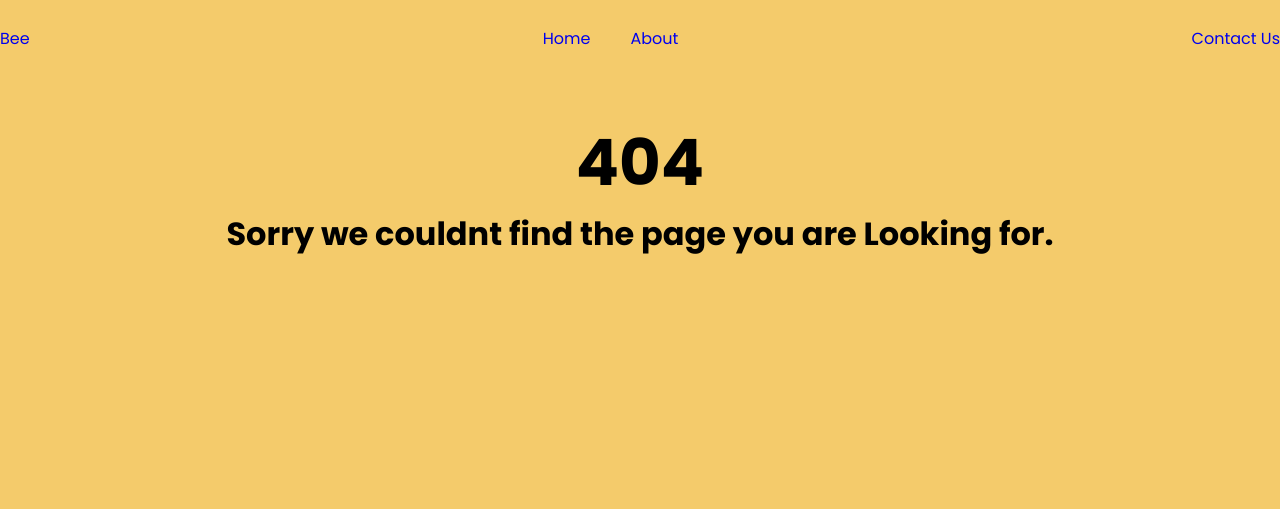
Repository: ble-syn/Random-user-generator-app
Page: /not-found
The author's editor kept a copy of each file at every save. The page is drawn from the files as they stood at one save, then again after the next save.
The browser window is 1280 px wide. The pictures show the whole page.
The project was rebuilt for these pictures with package versions that can differ from the ones it lists, and the page was loaded fresh each time. Also part of the build but not shown: src/components/pagination.jsx, src/components/ErrorFallback.jsx, src/components/User.jsx, src/pages/Home.jsx, src/pages/About.jsx, src/pages/Policy.jsx, src/pages/Terms.jsx, src/pages/Contact.jsx.

Above is the page before, as saved 2022-10-28 17:19:55.

After the next save:
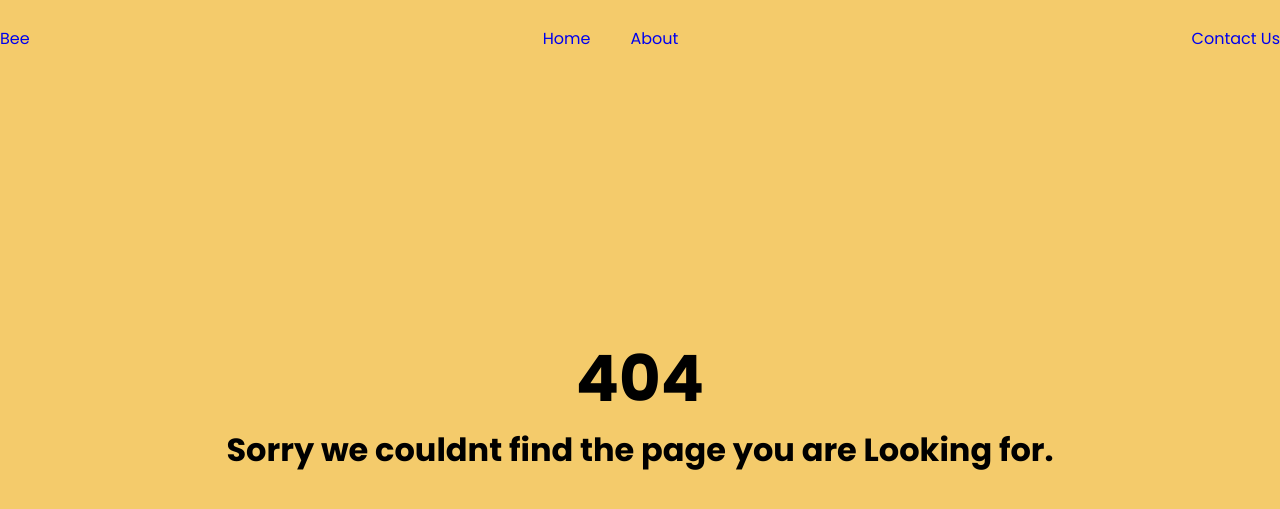
Saved 16 s later.
--- a/src/index.css
+++ b/src/index.css
@@ -161,7 +161,7 @@ img {
   flex-direction: column;
   justify-content: center;
   align-items: center;
-  height: 100%;
+  height: 80vh;
   font-size: 2rem;
   font-weight: 700;
 }
